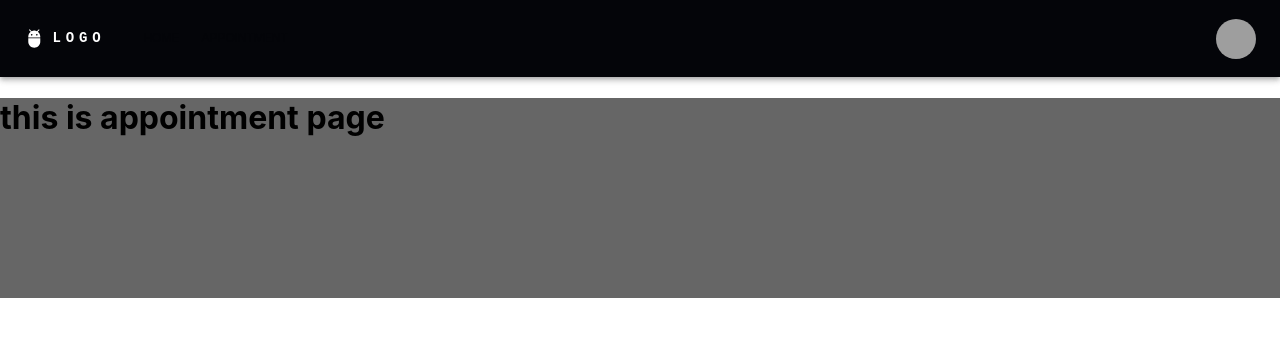
Repository: mdrubel02/health-care
Page: /appointment
The author's editor kept a copy of each file at every save. The page is drawn from the files as they stood at one save, then again after the next save.
The browser window is 1280 px wide. The pictures show the whole page.
Pictures or frames that could not be fetched are drawn as grey boxes. The project was rebuilt for these pictures with package versions that can differ from the ones it lists, and the page was loaded fresh each time. Also part of the build but not shown: src/Pages/Home/Home.js.

Above is the page before, as saved 2022-11-14 14:04:41.

After the next save:
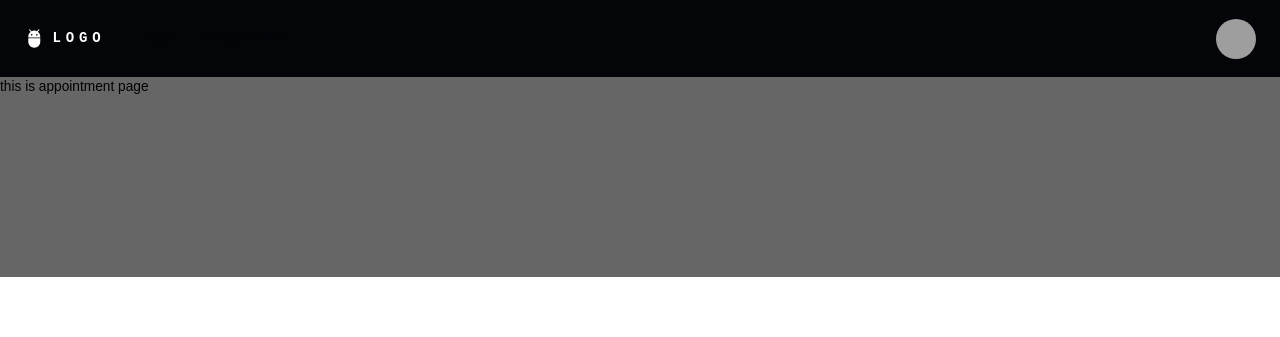
Saved 48 s later.
--- a/src/Pages/Appointment/Appointment.js
+++ b/src/Pages/Appointment/Appointment.js
@@ -1,4 +1,4 @@
-import { Box, useTheme } from '@mui/material';
+import { Box, Typography, useTheme } from '@mui/material';
 import React from 'react';
 import { tokens } from '../../Theme/Theme';
 
@@ -9,7 +9,7 @@ const Appointment = () => {
         <Box
         sx={{ backgroundColor: `${colors.grey[500]} !important`, height: '200px'}}
         >
-            <h1 sx={{textColor: 'white'}}>this is appointment page</h1>
+            <Typography sx={{textColor: 'white'}}>this is appointment page</Typography>
         </Box>
     );
 };
